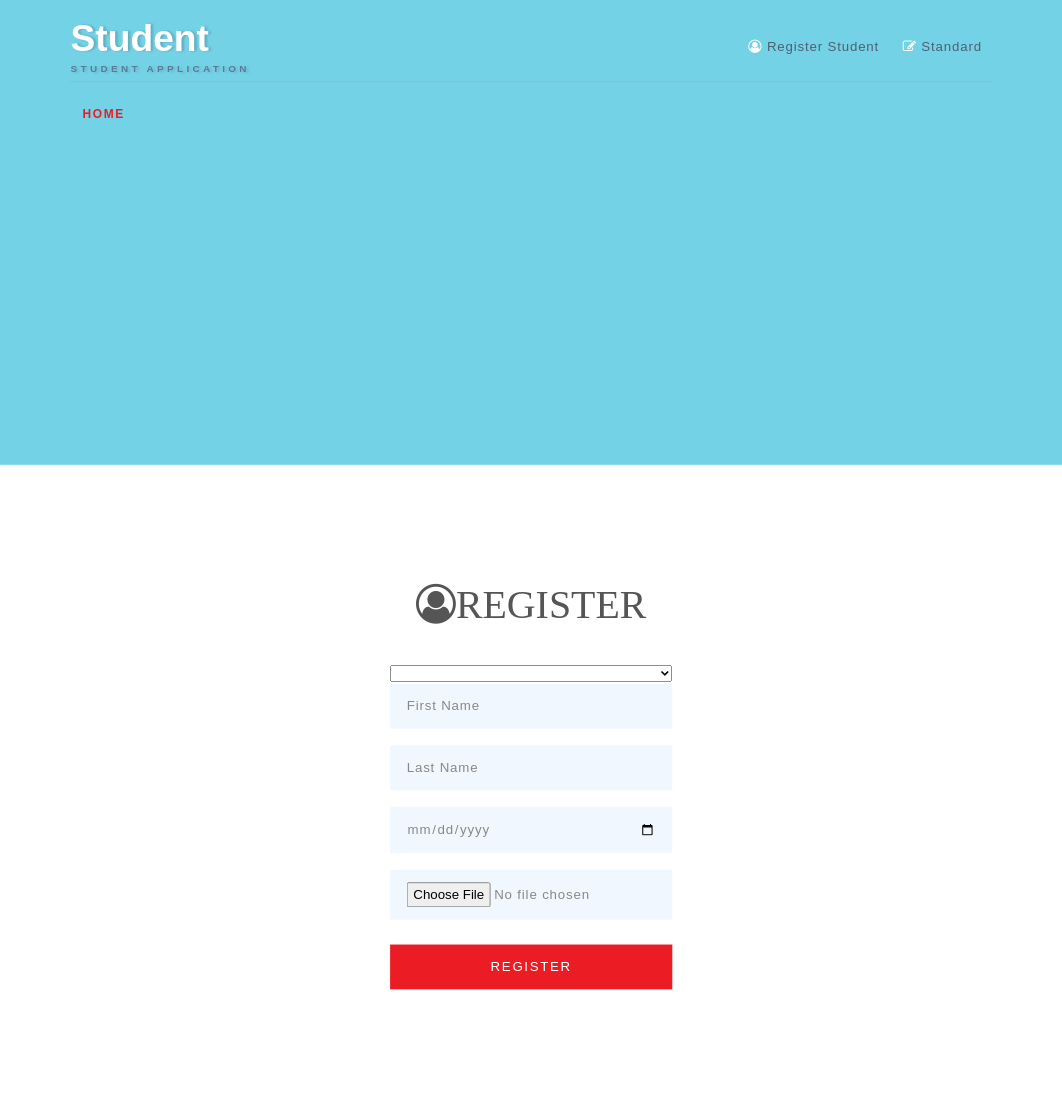
Repository: PallaviMadiya/Java-Framework-
Page: http://localhost/StudentApplication/register.jsp
An editor plug-in stored every save of this project. The page is shown before and after the next save, followed by the edit.
The browser window is 1280 px wide. The pictures show the whole page, at 83% of full size.
Some web fonts or font styles are not loaded; a fallback is used. The page is served by Tomcat 9. Other server files are loaded and not shown. Queries for data that is not in the repository find no rows.

Above is the page before, as saved 2023-10-17 14:22:47.

### StudentApplication/src/main/webapp/register.jsp

<%@ page language="java" contentType="text/html; charset=ISO-8859-1"
    pageEncoding="ISO-8859-1"%>
    <%@page import="dao.StudentDao"%>
<%@page import="model.Standard"%>
<%@page import="java.util.*"%>
<!DOCTYPE html>
<html>
<head>
<meta charset="ISO-8859-1">
<title>Insert title here</title>
</head>
<body>
<%@include file="header.jsp" %>
 <!-- //banner-->
    <!--/login -->
    <section class="banner-bottom py-5">
        <div class="container">
            <div class="content-grid">
                <div class="text-center icon">
                    <span class="fa fa-user-circle-o">REGISTER</span>
                </div>
                <div class="content-bottom">

                    <form action="StudentController" method="post">
                        <%List<Standard> list = StudentDao.getStandardList(); %>

                    	<select name="Standard" style="width:340px;">
							<% for (Standard l : list) { %>
								<option value="<%=l.getName() %>"><%=l.getName() %></option>
							<%System.out.println(list); } %>
						</select>


                        <div class="field-group">
                            <div class="content-input-field">
                                <input name="fname" id="text1" type="text" value="" placeholder="First Name" required="">
                            </div>
                        </div>

                        <div class="field-group">
                            <div class="content-input-field">
                                <input name="lname" id="text1" type="text" value="" placeholder="Last Name" required="">
                            </div>
                        </div>

                        <div class="field-group">
                            <div class="content-input-field">
                                <input name="dob" id="text1" type="date" value="" placeholder="Date Of Birth" required="">
                            </div>
                        </div>

                        <div class="field-group">
                            <div class="content-input-field">
                                <input name="image" id="text1" type="file" value="" placeholder="Student Image" required="">
                            </div>
                        </div>


                        <div class="content-input-field">
                            <button type="submit" class="btn" name="action" value="register">Register</button>
                        </div>

                    </form>
                </div>
            </div>
        </div>
    </section>
    <!-- /login -->
</body>
</html>

### StudentApplication/src/main/webapp/header.jsp
<%@ page language="java" contentType="text/html; charset=ISO-8859-1"
    pageEncoding="ISO-8859-1"%>
<!--
Author:W3layouts
Author URL: http://w3layouts.com
License: Creative Commons Attribution 3.0 Unported
License URL: http://creativecommons.org/licenses/by/3.0/
-->

<!DOCTYPE html>
<html lang="zxx">

<head>
    <title>Baggage Ecommerce Category Bootstrap Responsive Web Template | Home :: W3layouts</title>
    <!-- Meta tag Keywords -->
    <meta name="viewport" content="width=device-width, initial-scale=1">
    <meta charset="UTF-8" />
    <meta name="keywords" content="Baggage Responsive web template, Bootstrap Web Templates, Flat Web Templates, Android Compatible web template, Smartphone Compatible web template, free webdesigns for Nokia, Samsung, LG, SonyEricsson, Motorola web design" />
    <script>
        addEventListener("load", function() {
            setTimeout(hideURLbar, 0);
        }, false);

        function hideURLbar() {
            window.scrollTo(0, 1);
        }
    </script>
    <!-- //Meta tag Keywords -->
    <!-- Custom-Files -->
    <link rel="stylesheet" href="css/bootstrap.css">
    <!-- Bootstrap-Core-CSS -->
    <link rel="stylesheet" href="css/style.css" type="text/css" media="all" />
    <!-- Style-CSS -->
    <!-- font-awesome-icons -->
    <link href="css/font-awesome.css" rel="stylesheet">
    <!-- //font-awesome-icons -->
    <!-- /Fonts -->
    <link href="//fonts.googleapis.com/css?family=Hind:300,400,500,600,700" rel="stylesheet">
    <!-- //Fonts -->

</head>

<body>
    <div class="main-sec">
        <!-- //header -->
        <header class="py-sm-3 pt-3 pb-2" id="home">
            <div class="container">
                <!-- nav -->
                <div class="top-w3pvt d-flex">
                    <div id="logo">
                        <h1> <a href="index.jsp"><span class="log-w3pvt">Student</a> <label class="sub-des">Student Application</label></h1>
                    </div>

                    <div class="forms ml-auto">
                        <a href="register.jsp" class="btn"><span class="fa fa-user-circle-o"></span> Register Student</a>
                        <a href="stadard.jsp" class="btn"><span class="fa fa-pencil-square-o"></span> Standard</a>
                    </div>
                </div>
                <div class="nav-top-wthree">
                    <nav>
                        <label for="drop" class="toggle"><span class="fa fa-bars"></span></label>
                        <input type="checkbox" id="drop" />
                        <ul class="menu">
                            <li class="active"><a href="index.jsp">Home</a></li>

                        </ul>
                    </nav>
                    <!-- //nav -->
                    <div class="clearfix"></div>
                </div>
            </div>
        </header>
        <!-- //header -->

       </div>
  </body>
  </html>

### StudentApplication/src/main/java/dao/StudentDao.java
package dao;

import java.sql.Connection;
import java.sql.PreparedStatement;
import java.sql.ResultSet;
import java.sql.Statement;
import java.util.ArrayList;
import java.util.List;

import connection.DBConnection;
import model.Standard;

public class StudentDao {

	public static List<Standard> getStandardList(){
		List<Standard> listStandard= new ArrayList<Standard>();
		try {
			Connection conn =  DBConnection.createConnection();
			String sql = "SELECT * FROM standard";
			PreparedStatement pst = conn.prepareStatement(sql);
			ResultSet rs = pst.executeQuery();
			while(rs.next()) {
				Standard s = new Standard();
				s.setId(rs.getInt("id"));
				s.setName(rs.getString("name"));
				s.setStatus(rs.getString("status"));
				listStandard.add(s);
			}

		}catch(Exception e) {
			e.printStackTrace();
		}
		return listStandard;
	}
}

### StudentApplication/src/main/java/connection/DBConnection.java
package connection;

import java.sql.Connection;
import java.sql.DriverManager;

public class DBConnection {
	public static Connection createConnection() {
		Connection conn = null;
		try {
			Class.forName("com.mysql.cj.jdbc.Driver");
			conn = DriverManager.getConnection("jdbc:mysql://localhost:3306/testdb","root","");
		}catch(Exception e){
			e.printStackTrace();
		}
		return conn;
	}
}

Loaded but not shown: StudentApplication/src/main/webapp/css/bootstrap.css (library); StudentApplication/src/main/webapp/css/font-awesome.css (library); StudentApplication/src/main/webapp/css/style.css (1690 lines, source omitted)

After the next save:
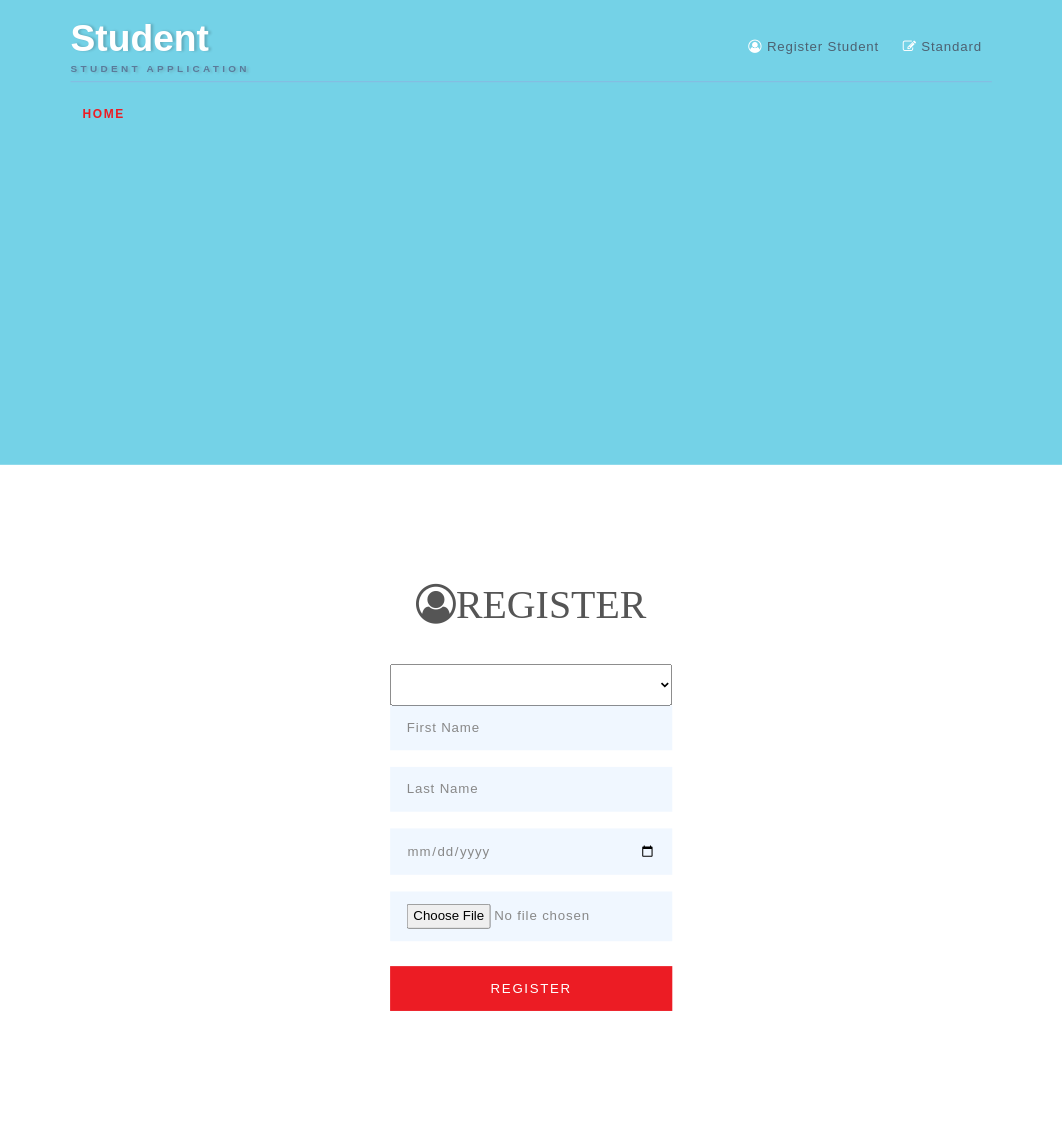
Saved 26 s later.
--- a/StudentApplication/src/main/webapp/register.jsp
+++ b/StudentApplication/src/main/webapp/register.jsp
@@ -25,7 +25,7 @@
                     <form action="StudentController" method="post">
                         <%List<Standard> list = StudentDao.getStandardList(); %>
 
-                    	<select name="Standard" style="width:340px;">
+                    	<select name="Standard" style="width:340px; height:50px;">
 							<% for (Standard l : list) { %>
 								<option value="<%=l.getName() %>"><%=l.getName() %></option>
 							<%System.out.println(list); } %>
